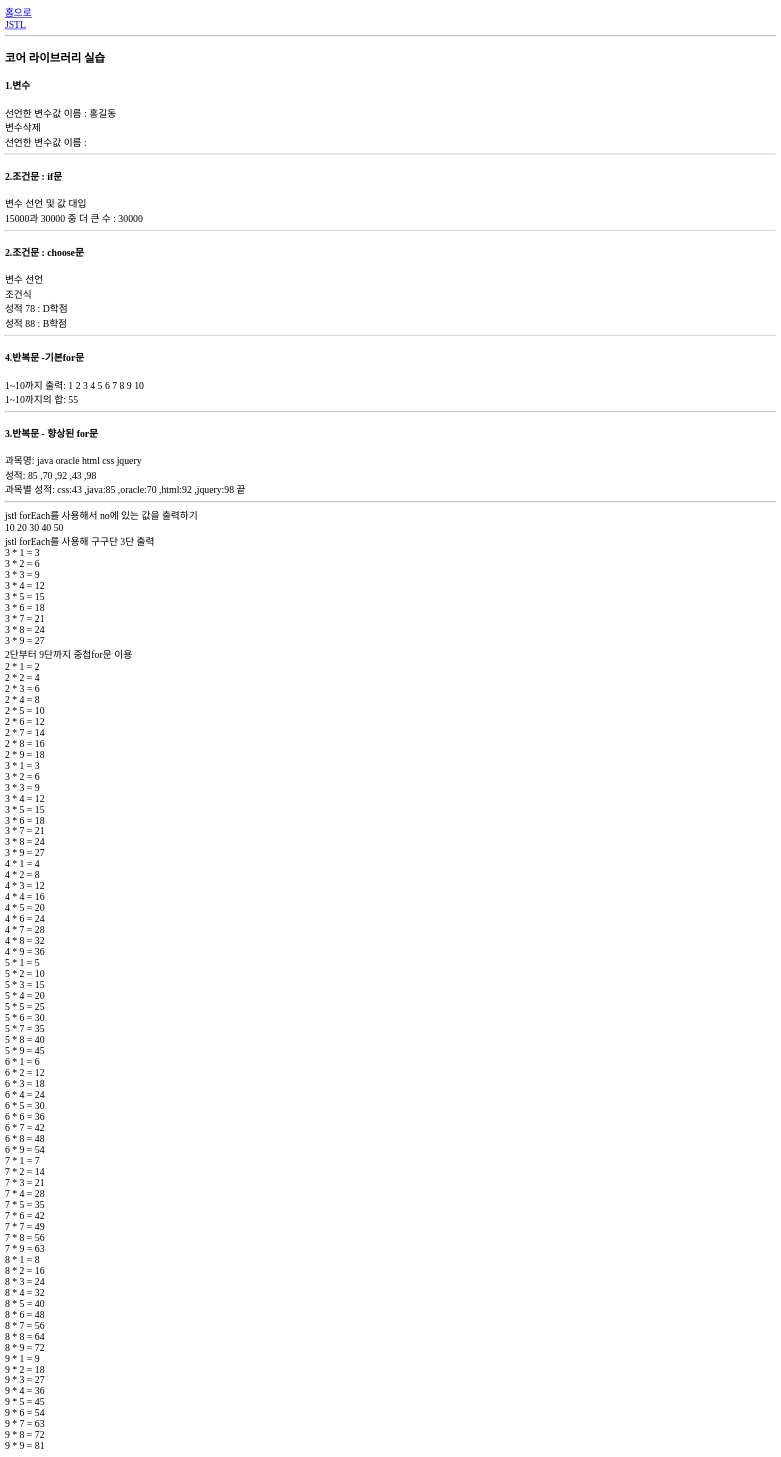
Repository: hyewoon/web
Page: http://localhost/servlet04/jstl/core.jsp
An editor plug-in stored every save of this project. The page is shown before and after the next save, followed by the edit.
The browser window is 1280 px wide. The pictures show the whole page, at 61% of full size.
The page is served by Tomcat 9. Other server files are loaded and not shown.

Above is the page before, as saved 2022-11-18 06:09:57.

### servlet04/src/main/webapp/jstl/core.jsp
<%@page import="org.apache.taglibs.standard.lang.jstl.DivideOperator"%>
<%@ page language="java" contentType="text/html; charset=UTF-8"
    pageEncoding="UTF-8" import="java.util.*"%>
<%@ taglib uri ="http://java.sun.com/jsp/jstl/core" prefix="c" %>

<!DOCTYPE html>
<html>
<head>
<meta charset="UTF-8">
<title>Insert title here</title>
</head>
<body>
<div> <a href ='../'>홈으로</a> </div>
<div> <a href ='index.jsp'>JSTL</a> </div>
<hr>
<h3>코어 라이브러리 실습</h3>
<h4>1.변수</h4>
<c:set var='name' value ="홍길동"/>
<div>선언한 변수값 이름 : ${name}</div>
<!--pageContext.setAttribute 한 상태 :변수선언 스코프: 해당페이지-->
<div>변수삭제</div>
<c:remove var='name'/>
<div>선언한 변수값 이름 : ${name}</div>
<!--removeAttribute 한 상태  -->
<hr>

<h4>2.조건문 : if문</h4>
<div>변수 선언 및 값 대입</div>
<c:set var='no1' value = '15000'/>
<c:set var='no2' value = '30000'/>
<div>
${no1}과 ${no2} 중 더 큰 수 :
<c:if test = '${(no1-0) gt no2}'>${no1}
</c:if>
<c:if test= '${no1-no2 lt 0}'>${no2}
</c:if>
</div>
<hr>
<h4>2.조건문 : choose문</h4>
<div>변수 선언</div>
<c:set var ='score' value='78'/>
<div>조건식</div>
<c:choose>
<c:when test='${score >= 90 }'><c:set var ='grade' value ='A'/></c:when>
<c:when test='${score >= 90 }'><c:set var ='grade' value ='B'/></c:when>
<c:when test='${score >= 90 }'><c:set var ='grade' value ='C'/></c:when>
<c:when test='${score >= 90 }'><c:set var ='grade' value ='D'/></c:when>
<c:otherwise><c:set var ='grade' value ='D'/></c:otherwise>
</c:choose>
<div>성적 ${score} : ${grade}학점</div>

 <%
int score = 88;
String grade = "";


if( score>= 90)  grade ="A";
if( score>= 80)  grade ="B";
if( score>= 70)  grade ="C";
if( score>= 60)  grade ="D";
if( score<60)	 grade = "F";



if(score>= 90) grade= "A";
else if(score >= 80) grade ="B";
else if(score >= 70) grade ="C";
else if(score >= 60) grade ="D";
else if(score < 60) grade ="F";

out.print( "성적 "+score+ " : " + grade +"학점" );
%>

<hr>
<h4>4.반복문 -기본for문</h4>
<div>1~10까지 출력:
	<c:forEach var='no' begin='1' end='10' step='1'>
	${no}
	<c:set var='sum' value='${no+sum}'/>
	</c:forEach>
</div>
<div>1~10까지의 합: ${sum}</div>
<hr>
<h4>3.반복문 - 향상된 for문</h4>
<%
String subjects[]= {"java", "oracle", "html", "css", "jquery"};
request.setAttribute("subjects",subjects);
%>

<div>과목명:
	<c:forEach items= "${subjects}" var='subject'>
	${subject}
	</c:forEach>
</div>

<%
ArrayList<Integer> list= new ArrayList<Integer>();
list.add(85);
list.add(70);
list.add(92);
list.add(43);
list.add(98);
request.setAttribute("score_list", list);
%>
<div>성적:
	<c:forEach items= '${score_list}' var='score' varStatus='state'>
	${state.index eq 0 ? '': ',' }${score}
</c:forEach>
</div>

<%
HashMap<String, Integer> map = new HashMap<String, Integer>();
map.put("java",85);
map.put("oracle",70);
map.put("html",92);
map.put("css",43);
map.put("jquery",98);
request.setAttribute("score_map", map);
%>
<div>과목별 성적:
	<c:forEach items ='${score_map}' var='score' varStatus='state'>
	${state.first ?'' : ',' }${score.key}:${score.value}
	${state.last ? '끝': '' }
	</c:forEach>

</div>

<%
int no[] = {10,20,30, 40, 50};
request.setAttribute("no", no);
%>

<hr>
<div>jstl forEach를 사용해서 no에 있는 값을 출력하기</div>
<c:forEach items ="${no}" var ="no" varStatus = 'state'>
${no}
</c:forEach>

<div>jstl  forEach를 사용해 구구단 3단 출력</div>

<c:forEach  var = "num1" begin= '1' end = '9' step= '1'>

3 * ${num1} = ${3 * num1} <br>
</c:forEach>

<div>2단부터 9단까지 중첩for문 이용</div>

<!--  -->
<c:forEach  var = "num2" begin= '2' end = '9' step= '1'>
	<c:forEach var = "num3" begin ='1' end ='9' step ='1'>
${num2} * ${num3} = ${num2 * num3} <br>
	</c:forEach>
</c:forEach>


</body>
</html>

After the next save:
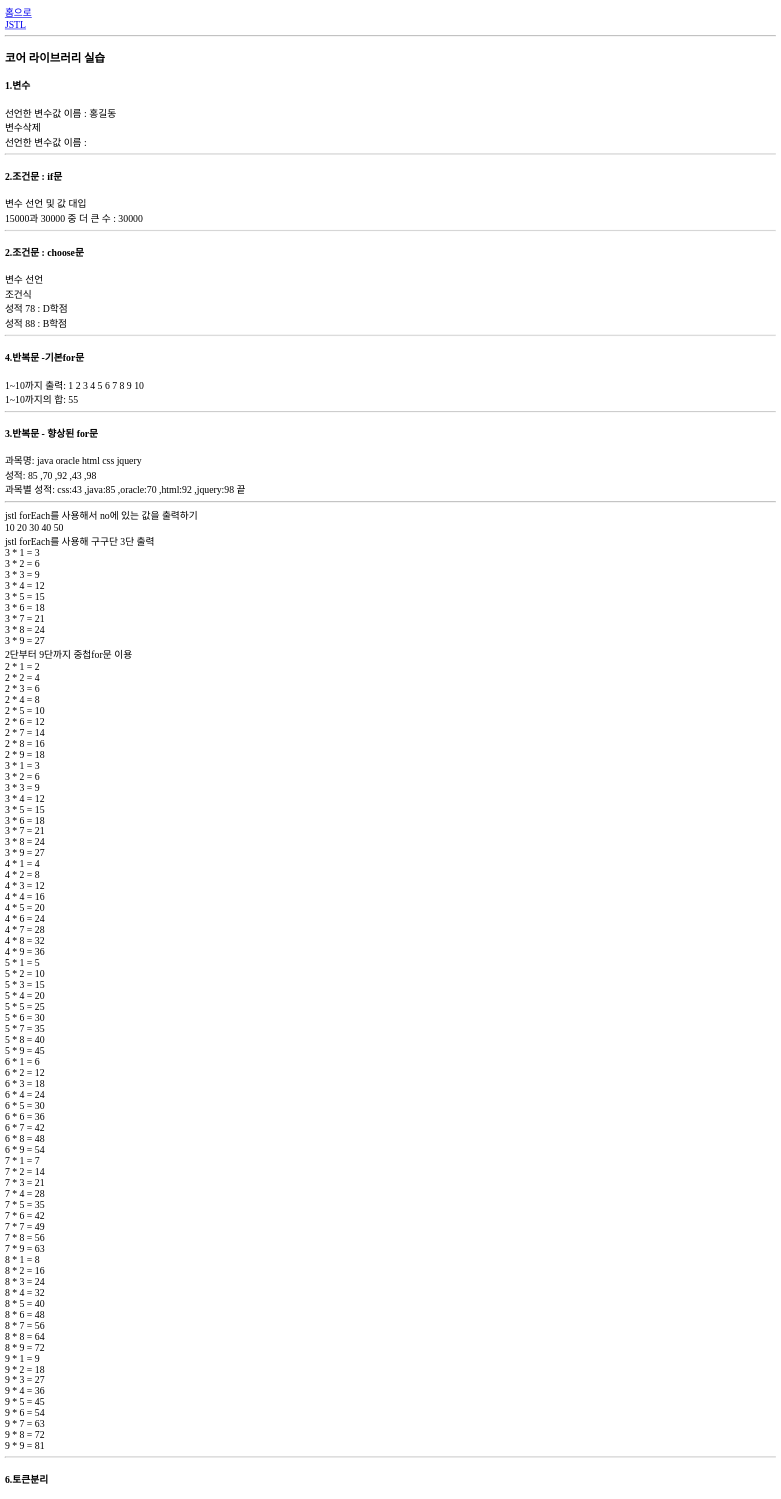
Saved 7 min 55 s later.
--- a/servlet04/src/main/webapp/jstl/core.jsp
+++ b/servlet04/src/main/webapp/jstl/core.jsp
@@ -152,6 +152,7 @@ ${num2} * ${num3} = ${num2 * num3} <br>
 	</c:forEach>
 </c:forEach>
 
-
+<hr>
+<h4>6.토큰분리</h4>
 </body>
 </html>
